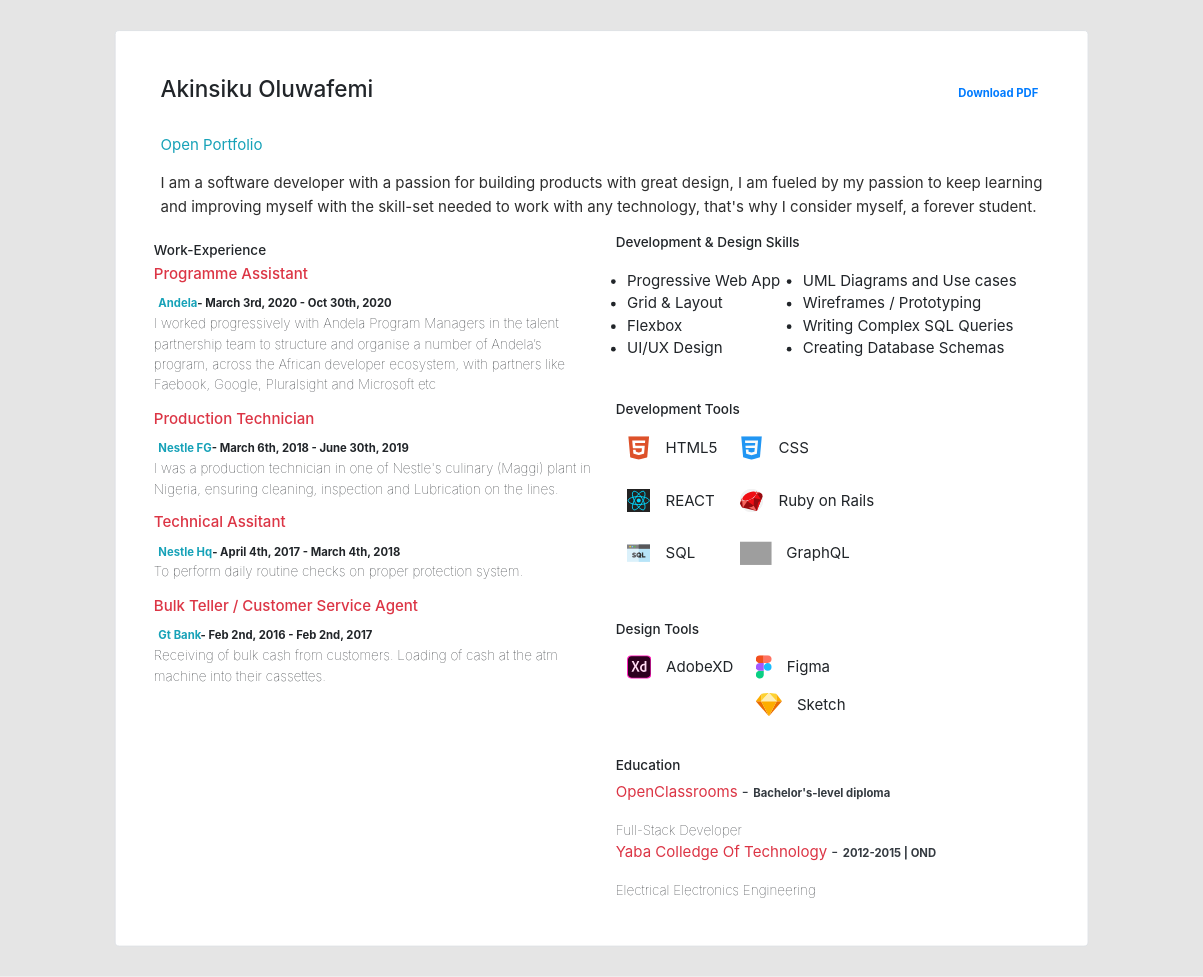
Repository: akinsikuoluwafemi/resume
Page: index.html
An editor plug-in stored every save of this project. The page is shown before and after a run of saves, followed by the edit.
The browser window is 1280 px wide. The pictures show the whole page, at 94% of full size.
Pictures or frames that could not be fetched are drawn as grey boxes. The style sheet was rebuilt from its Sass, Less or Tailwind sources for each picture, by a compiler version that may differ from the author's.

Above is the page before, as saved 2021-01-13 23:40:58.

### index.html
<!DOCTYPE html>
<html lang="en">

<head>
    <meta charset="UTF-8">
    <meta name="viewport" content="width=device-width, initial-scale=1.0">
    <meta http-equiv="X-UA-Compatible" content="ie=edge">
    <link rel="shortcut icon" type="image/png" href="./images/new-photo.png">

    <link rel="stylesheet" href="https://stackpath.bootstrapcdn.com/bootstrap/4.3.1/css/bootstrap.min.css" integrity="sha384-ggOyR0iXCbMQv3Xipma34MD+dH/1fQ784/j6cY/iJTQUOhcWr7x9JvoRxT2MZw1T"
        crossorigin="anonymous" />
    <link rel="stylesheet" href="./resume.css">

    <title>Akinsiku Oluwafemi - Software Developer</title>
</head>

<body>

   <div class="col-sm-12 col-lg-10 m-auto">
       <!--  -->
        <div class="p-c container border px-3 py-4 px-lg-5 py-lg-5 ">
            <header class="row">
                <div class="col d-flex align-items-center">
                    <h4 class="header__name mr-auto">Akinsiku Oluwafemi</h4>
                    <a href="./images/Femi_Akinsiku_resume.pdf" download="Femi_Akinsiku_resume.pdf" class="badge">Download PDF</a>
                </div>
            </header>
            <div class="row mt-4">
                <a href="https://femiakin.com/" target="_blank" class="col text-info">Open Portfolio</a>
            </div>

            <div class="row mt-3">
                <div class="col">
                    <p class="intro">I am a software developer with a passion for building products with great design, I am
                        fueled by my passion to keep learning and improving myself with the skill-set needed to work with
                        any
                        technology,
                        that's why I consider myself, a forever student.</p>
                </div>
            </div>


            <div class="row">

                <div class="col col-lg-6 p-2  ">
                    <!-- <div>
                        <h5 class="item__header">Community-Experience</h5>

                        <h6 class="item__job text-danger">#GADS 2020 - Programme Assistant </h6>
                        <p class="item__description">Grow with google, Andela and Pluralsight partnered to provide a new
                            program to support
                            software developers in Africa on Android, Google Cloud and Mobile Web skills. I am currently
                            serving as a
                            program assistant.</p>

                    </div>

                    <div>



                        <h6 class="item__job text-danger">#BuildforSDG Challenge 2020 - Programme Assistant </h6>


                        <p class="item__description">Facebook and Andela partnered to up-skill developers across
                            Sub-Saharan
                            Africa,
                            through a six-week immersive program where selected developers work in agile remote
                            teams to build projects relating to the SDGs.
                        </p>

                    </div> -->




                    <!-- here -->
                    <div>
                        <h5 class="item__header">Work-Experience</h5>
                        <h6 class="item__job text-danger">Programme Assistant
</h6>
                        <span class="badge"><span class="text-info">Andela</span>- March 3rd, 2020 - Oct 30th, 2020</span>
                        <p class="item__description">I worked progressively with Andela Program Managers in the talent partnership team to structure and organise a number of Andela’s program, across the African developer ecosystem, with partners like Faebook, Google, Pluralsight and Microsoft etc</p>

                    </div>
                    <div>
                        <h6 class="item__job text-danger">Production Technician</h6>
                        <span class="badge"><span class="text-info">Nestle FG</span>- March 6th, 2018 - June 30th, 2019 </span>
                        <p class="item__description">I was a production technician in one of Nestle's culinary (Maggi)
                            plant in
                            Nigeria,
                            ensuring cleaning, inspection and Lubrication on the lines.</p>

                    </div>
                    <div>
                        <h6 class="item__job text-danger">Technical Assitant</h6>
                        <span class="badge"><span class="text-info">Nestle Hq</span>- April 4th, 2017 - March 4th, 2018</span>
                        <p class="item__description">To perform daily routine checks on proper protection system.
                        </p>

                    </div>
                    <div>
                        <h6 class="item__job text-danger">Bulk Teller / Customer Service Agent</h6>
                        <span class="badge"><span class="text-info">Gt Bank</span>- Feb 2nd, 2016 - Feb 2nd, 2017 </span>
                        <p class="item__description">Receiving of bulk cash from customers.
                            Loading of cash at the atm machine into their cassettes.
                            </p>

                    </div>
                    <!-- here2 -->


                </div>
                <div class="col col-lg-6 ">

                    <div>
                        <h5 class="item__header ">Development & Design Skills</h5>
                        <div class="d-flex ">
                            <ul class="list__item">
                                <li>Progressive Web App</li>
                                <li>Grid & Layout</li>
                                <li>Flexbox</li>
                                <li>UI/UX Design</li>


                            </ul>
                            <ul class="list__item">
                                <li>UML Diagrams and Use cases</li>
                                <li>Wireframes / Prototyping</li>
                                <li>Writing Complex SQL Queries</li>
                                <li>Creating Database Schemas</li>



                            </ul>
                        </div>


                    </div>

                    <div class="item__container">
                        <h5 class="item__header">Development Tools</h5>
                        <div class="d-flex ">
                            <ul class="list__item">
                                <div class="d-flex  mb-3">
                                    <img src="./images/html5.svg" />
                                    <p class="ml-3">HTML5</p>
                                </div>
                                <div class="d-flex  mb-3">
                                    <img src="./images/react-1.svg" />
                                    <p class="ml-3">REACT</p>
                                </div>
                                <div class="d-flex ">
                                    <img src="./images/sql.svg" />
                                    <p class="ml-3">SQL</p>
                                </div>

                            </ul>
                            <ul class="list__item ">
                                <div class="d-flex  mb-3">
                                    <img src="./images/css-3.svg" />
                                    <p class="ml-3">CSS</p>
                                </div>
                                <div class="d-flex  mb-3">
                                    <img src="./images/ruby.svg" />
                                    <p class="ml-3">Ruby on Rails</p>
                                </div>
                                <div class="d-flex ">
                                    <img src="./images/graphql-icon.svg" />
                                    <p class="ml-3">GraphQL</p>
                                </div>


                            </ul>
                        </div>


                    </div>

                    <!-- here -->

                    <div class="item__contain">
                        <h5 class="item__header">Design Tools</h5>
                        <div class="d-flex ">
                            <ul class="list__item">

                                <div class="d-flex  mb-3 ">
                                    <img src="./images/adobe-xd-1.svg" />
                                    <p class="ml-3">AdobeXD</p>
                                </div>

                                <!-- <div class="d-flex ">
                                    <img src="./images/figma-1.svg" />
                                    <p class="ml-3">Figma</p>
                                </div> -->
                                <!-- <div class="d-flex mb-3">
                                    <img src="./images/invision.svg" />
                                    <p class="ml-3">Invision</p>
                                </div> -->


                            </ul>
                            <ul class="list__item ">

                                  <!-- <div class="d-flex mb-3">
                                    <img src="./images/invision.svg" />
                                    <p class="ml-3">Invision</p>
                                </div> -->
                                  <div class="d-flex ">
                                    <img src="./images/figma-1.svg" />
                                    <p class="ml-3">Figma</p>
                                </div>
                                <div class="d-flex ">
                                    <img src="./images/sketch-2.svg" />
                                    <p class="ml-3">Sketch</p>
                                </div>


                            </ul>
                        </div>


                    </div>
                    <div class="edu">
                        <h5 class="item__header">Education</h5>
                        <p paragraph><a href="https://www.francecompetences.fr/recherche/rncp/27099/" class="text-danger text-info">OpenClassrooms
                            <span class="text-dark">-</span><span class="badge text-dark">Bachelor's-level diploma</span></a></p>

                        <span class="item__description "><a style="color: #212529" href="https://openclassrooms.com/en/paths/104-full-stack-developer">Full-Stack Developer</a></span>

                        <p class="text-danger paragraph pt-2">Yaba Colledge Of Technology <span class="text-dark">-</span><span class="badge text-dark">2012-2015
                                | OND</span></p>
                        <span class="item__description ">Electrical Electronics Engineering</span>


                    </div>



                </div>

            </div>


        </div>

        <!--  -->
   </div>










    <script src="https://code.jquery.com/jquery-3.3.1.slim.min.js" integrity="sha384-q8i/X+965DzO0rT7abK41JStQIAqVgRVzpbzo5smXKp4YfRvH+8abtTE1Pi6jizo"
        crossorigin="anonymous"></script>
    <script src="https://cdnjs.cloudflare.com/ajax/libs/popper.js/1.14.7/umd/popper.min.js" integrity="sha384-UO2eT0CpHqdSJQ6hJty5KVphtPhzWj9WO1clHTMGa3JDZwrnQq4sF86dIHNDz0W1"
        crossorigin="anonymous"></script>
    <script src="https://stackpath.bootstrapcdn.com/bootstrap/4.3.1/js/bootstrap.min.js" integrity="sha384-JjSmVgyd0p3pXB1rRibZUAYoIIy6OrQ6VrjIEaFf/nJGzIxFDsf4x0xIM+B07jRM"
        crossorigin="anonymous"></script>
</body>

</html>

### resume.scss


body {
    background-color: #E5E5E5;

    -webkit-font-smoothing: antialiased;
  -moz-osx-font-smoothing: grayscale;
}

.container {
    margin: 2rem auto;
    background-color: white;
    border-radius: .3rem;
}

.intro {
    font-size: 1rem;
    color: rgba(0,0,0,0.82);
    line-height: 1.6rem;
}


.text-info:hover{
    text-decoration: none;
}

img {
    height: 25px;
}



.item {

     &__contain {
        margin-bottom: 0rem;
        // background: red;
    }

    &__container {
        margin: 1rem 0!important;
    }

    &__dev {
         font-size: .9rem;
        margin-bottom: 1rem;
    }

    &__header {
        font-size: .9rem;
        margin-bottom: .5rem;
    }

    &__description {
        font-weight: 100;
        font-size: .9rem;
    }

}


.list__item {
    padding: 12px;
}

@media (max-width: 576px) {
    br {
        display: none;
    }
 }

 .paragraph {
   padding: 0!important;
 }

After the next 2 saves:
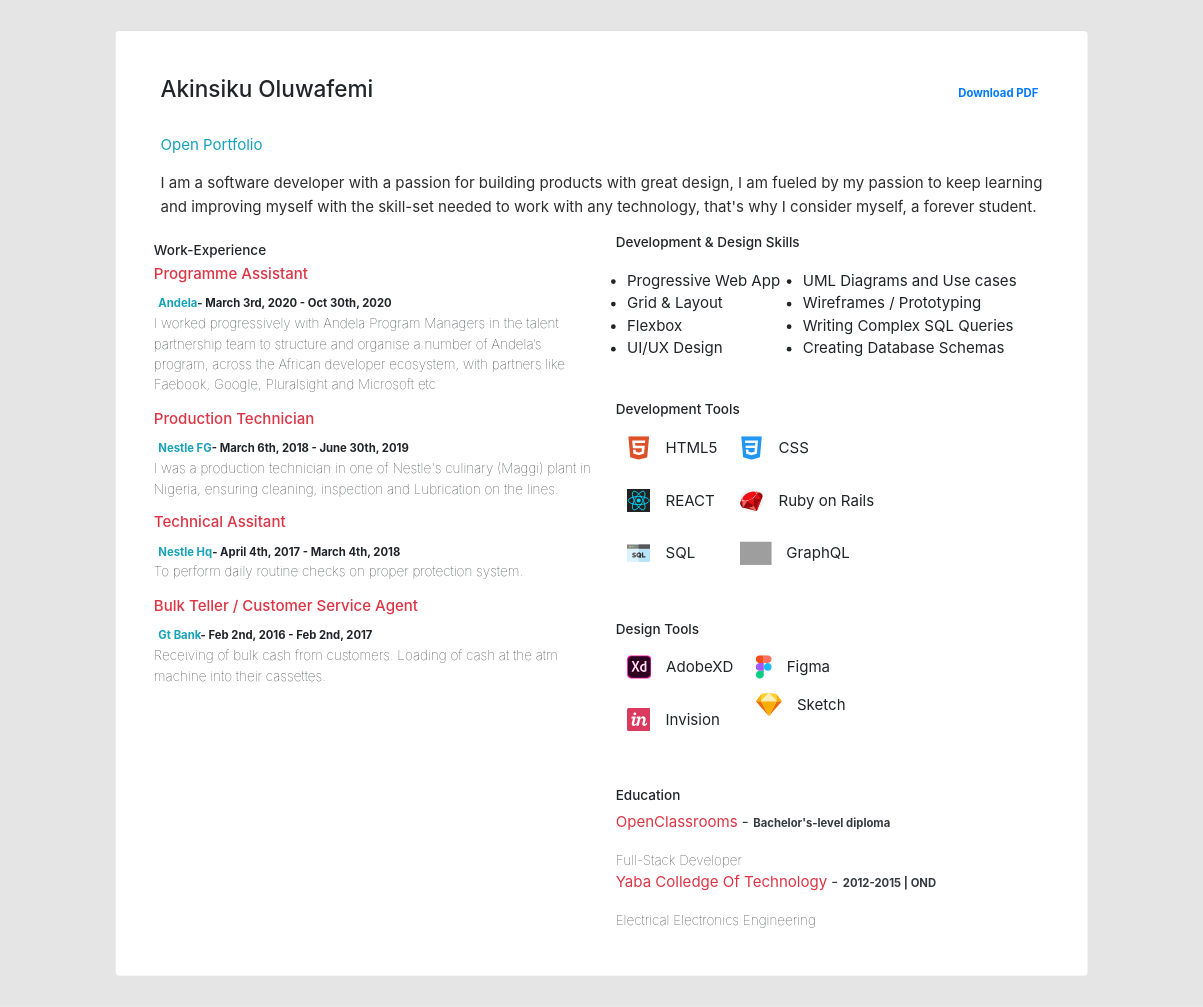
The 2 saves are shown as one change because they came seconds apart.
The last was saved 7 s later.
--- a/index.html
+++ b/index.html
@@ -189,14 +189,11 @@
                                     <p class="ml-3">AdobeXD</p>
                                 </div>
 
-                                <!-- <div class="d-flex ">
-                                    <img src="./images/figma-1.svg" />
-                                    <p class="ml-3">Figma</p>
-                                </div> -->
-                                <!-- <div class="d-flex mb-3">
+
+                                <div class="d-flex mb-3">
                                     <img src="./images/invision.svg" />
                                     <p class="ml-3">Invision</p>
-                                </div> -->
+                                </div>
 
 
                             </ul>
